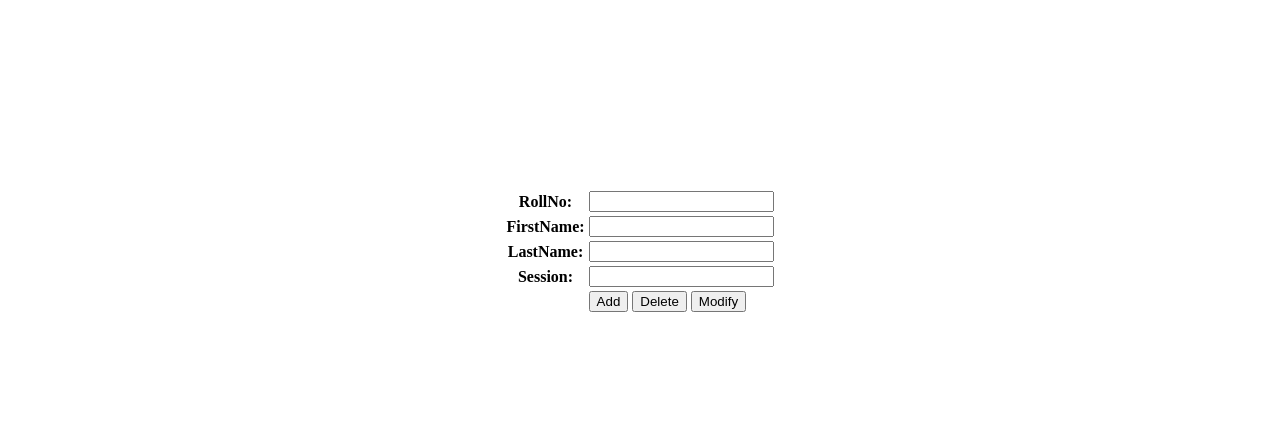
Repository: TraptiBhagat/AdvanceJava
Page: http://localhost/Student_Proj/StudentView.jsp
An editor plug-in stored every save of this project. The page is shown before and after the next save, followed by the edit.
The browser window is 1280 px wide. The pictures show the whole page.
The page is served by Tomcat 9.

Above is the page before, as saved 2022-03-25 09:05:00.

After the next save:
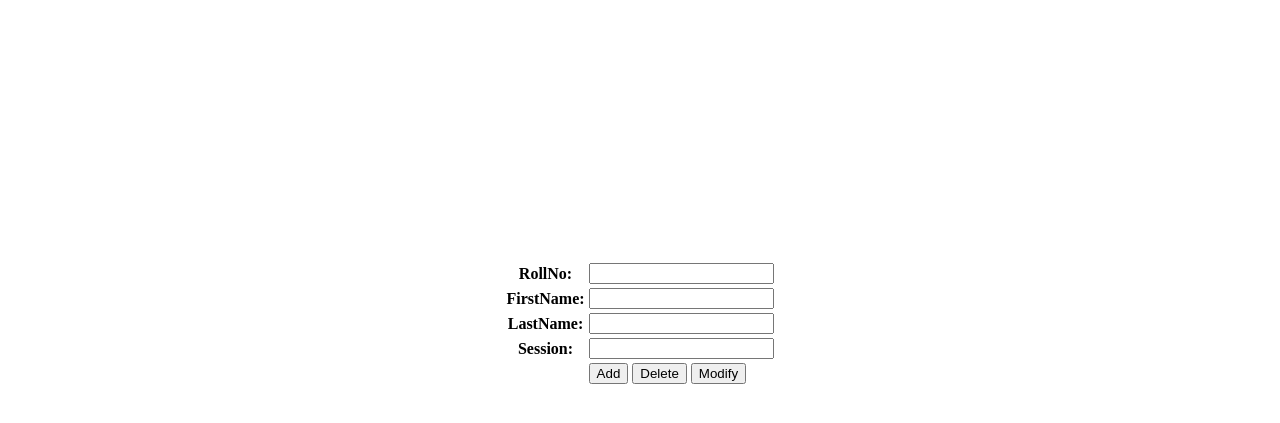
Saved 14 s later.
--- a/Advance workspace/Student_Proj/src/main/webapp/StudentView.jsp
+++ b/Advance workspace/Student_Proj/src/main/webapp/StudentView.jsp
@@ -9,7 +9,7 @@
 <body>
 	<form action="" method="post">
 		<br> <br> <br> <br> <br> <br> <br>
-		<br> <br> <br>
+		<br> <br> <br> <br> <br> <br> <br>
 		<table align="center">
 			<tr>
 				<th>RollNo:</th>
